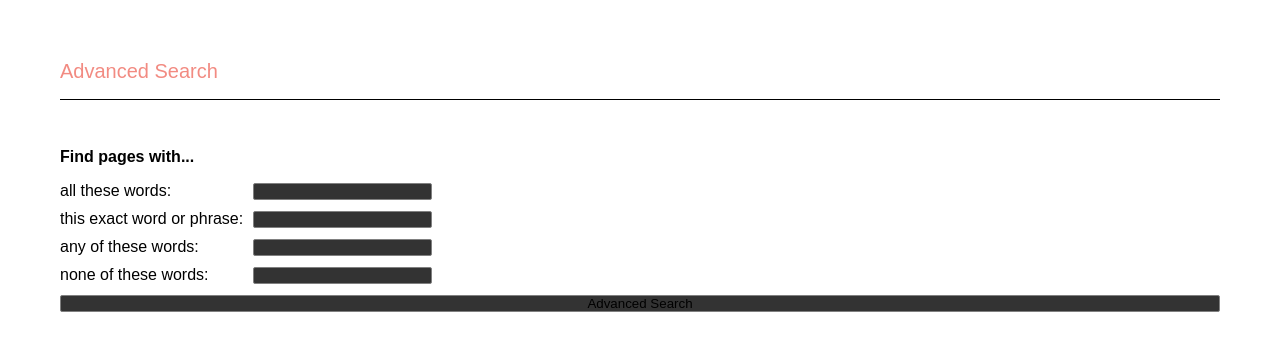
Repository: etentuk/search
Page: advanced_search.html
These files come from the project's save history. The page is drawn as it stood at one moment and after the next save; the edit follows.
The browser window is 1280 px wide. The pictures show the whole page.

Above is the page before, as saved 2021-11-04 23:36:52.

### advanced_search.html
<!DOCTYPE html>
<html lang="en">

<head>
    <title>Advanced Search</title>
    <link rel="stylesheet" href="styles.css">
</head>

<body>

    <div id="container">
        <div id="title">
            Advanced Search
        </div>
        <h4>Find pages with...</h4>
        <form action="https://google.com/search" class="form-example">
            <div style="display: table-row;">
                <div class="form-example">
                    <label for="as_q">all these words: </label>
                    <input type="text" id="as_q" name="as_q">
                </div>
                <div class="form-example">
                    <label for="as_epq">this exact word or phrase: </label>
                    <input type="text" id="as_epq" name="as_epq">
                </div>
                <div class="form-example">
                    <label for="as_oq">any of these words: </label>
                    <input type="text" id="as_oq" name="as_oq">
                </div>
                <div class="form-example">
                    <label for="as_eq">none of these words: </label>
                    <input type="text" id="as_eq" name="as_eq">
                </div>
            </div>
            <div style="text-align: right;">
                <input type="submit" value="Advanced Search">
            </div>
        </form>
    </div>
</body>

</html>

### styles.css
* {
  margin: 0;
  padding: 0;
  box-sizing: border-box;
}

form.form-example {
  display: table;
}

div.form-example {
  display: table-row;
}

label,
input {
  display: table-cell;
  margin-bottom: 10px;
}

label {
  padding-right: 10px;
}

#title {
  border-bottom: 1px solid black;
  padding-bottom: 1rem;
  color: #f28b82;
  font-size: 20px;
  /* border-width: 10px; */
}

#container {
  font-family: Arial, Helvetica, sans-serif;
  min-height: 100vh;
  padding: 60px;
}

#container h4 {
  padding: 3rem 0 1rem 0;
  /* color: #fff; */
}

.form-example {
  width: 100%;
}

.form-example input {
  background-color: rgba(0, 0, 0, 0.8);
  width: 100%;
  border-radius: 2px;
  border: 1px solid grey;
}

#submit {

}

After the next save:
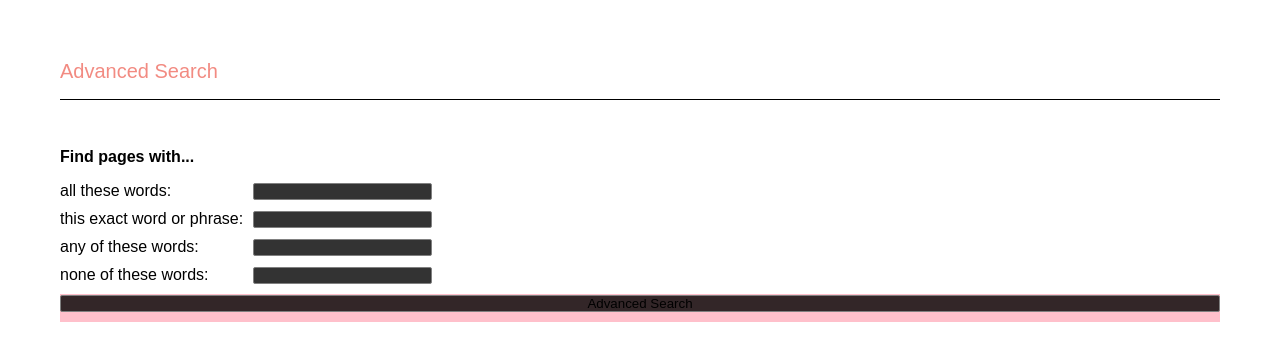
Saved 18 s later.
--- a/advanced_search.html
+++ b/advanced_search.html
@@ -32,7 +32,7 @@
                     <input type="text" id="as_eq" name="as_eq">
                 </div>
             </div>
-            <div style="text-align: right;">
+            <div style="text-align: right; background-color: pink;">
                 <input type="submit" value="Advanced Search">
             </div>
         </form>
